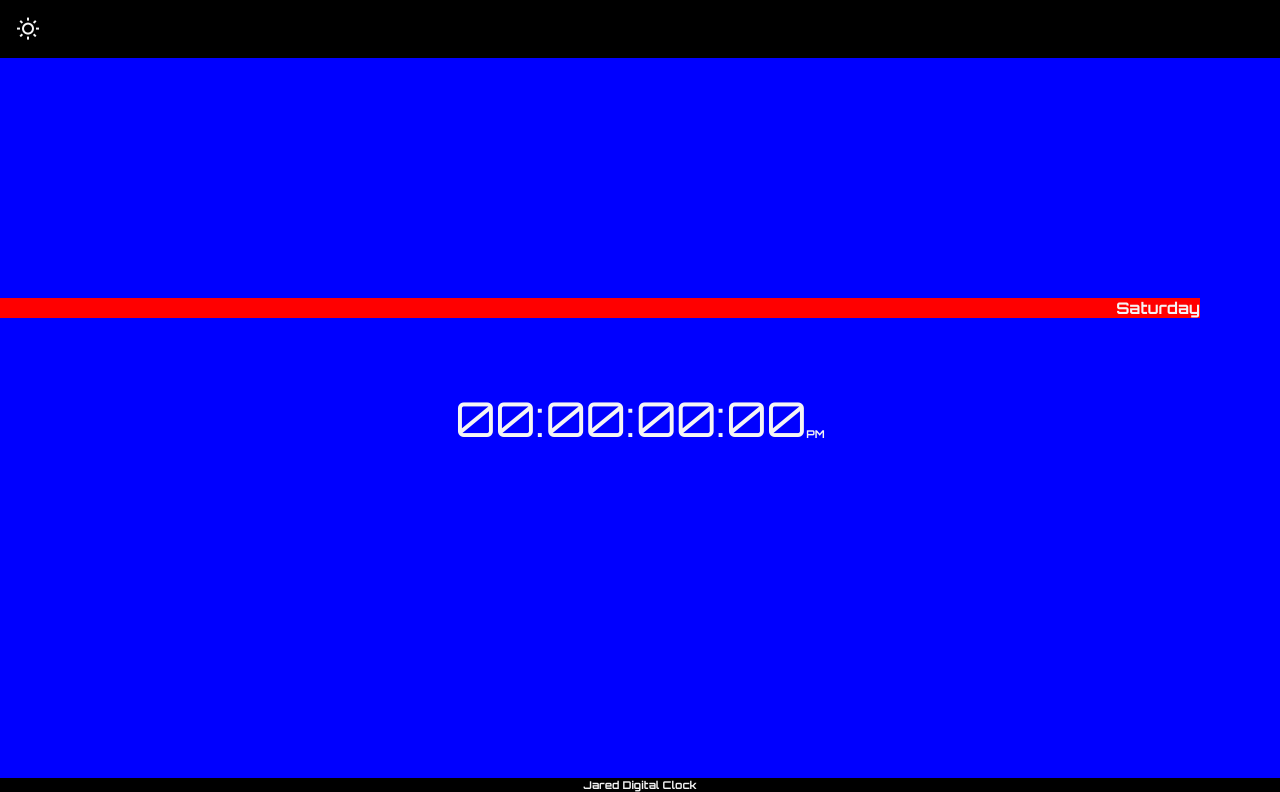
Repository: EguJaredoBoyd/Jared-Digital-Clock
Page: index.html
The author's editor kept a copy of each file at every save. The page is drawn from the files as they stood at one save, then again after the next save.
The browser window is 1280 px wide. The pictures show the whole page.
Some web libraries are served in a nearby version.

Above is the page before, as saved 2026-01-04 22:20:50.

### index.html
<!DOCTYPE html>
<html lang="en">
  <head>
    <meta charset="UTF-8" />
    <meta name="viewport" content="width=device-width, initial-scale=1.0" />
    <link rel="stylesheet" href="./css/styles.css" />
    <link
      href="https://cdn.jsdelivr.net/npm/remixicon@4.8.0/fonts/remixicon.css"
      rel="stylesheet"
    />
    <link rel="preconnect" href="https://fonts.googleapis.com" />
    <link rel="preconnect" href="https://fonts.gstatic.com" crossorigin />
    <link
      href="https://fonts.googleapis.com/css2?family=Orbitron:wght@400..900&display=swap"
      rel="stylesheet"
    />
    <script src="./js/theme.js" defer></script>
    <title>Document</title>
  </head>
  <body>
    <div class="digital-clock">
      <header>
        <button id="theme-toggle"><i class="ri-sun-line"></i></button>
      </header>

      <main>
        <div class="watch-container">
          <div class="watch-container__day">
            <h4>Saturday</h4>
          </div>
          <div class="watch-container__time">
            <p>00:00:00:00</p>
            <h6>PM</h6>
          </div>
        </div>
      </main>

      <footer>
        <h6>Jared Digital Clock</h6>
      </footer>
    </div>
  </body>
</html>

### css/styles.css
* {
  margin: 0;
  padding: 0;
  box-sizing: border-box;
}

:root {
  --primary-color: black;
  --text-color: whitesmoke;

  /* Light-mode color variables */
  --light-mode: whitesmoke;
  --light-text: black;

  /* Button color font */
  --button-color: var(--text-color);
}

html {
  font-size: 16px;
  background-color: var(--primary-color);
}

.light-mode {
  background-color: var(--light-mode);
  color: var(--light-text);
  --button-color: var(--light-text);
}

body {
  color: var(--text-color);
  background-color: var(--primary-color);
  font-family: "Orbitron", sans-serif;
  width: 100%;
}

header {
  padding: 1rem;
}

header button {
  background: none;
  border: none;
}

header button i {
  font-size: 1.5rem;
  color: var(--button-color);
}

.digital-clock {
  height: 100%;
  width: 100%;
  display: flex;
  flex-direction: column;
  align-content: space-between;
  max-width: 100%;
}

.watch-container {
  display: flex;
  flex-direction: column;
  justify-content: center;
  align-items: center;
  height: 100vh;
  width: 100%;
  max-width: 100%;
  position: relative;
  background-color: blue;
}

.watch-container__day {
  width: 100%;
  max-width: 100%;
  display: flex;
  justify-content: end;
  position: absolute;
  right: 5rem;
  top: 15rem;
  background-color: red;
}

.watch-container__time {
  display: flex;
  max-width: 100%;
}

.watch-container__time p {
  font-size: 3rem;
}

.watch-container__time h6 {
  align-self: self-end;
  padding-bottom: 0.5rem;
}

footer h6 {
  text-align: center;
}

### js/theme.js
//Target the button element for the theme
const themeToggle = document.getElementById("theme-toggle");

//Create a function to handle the switching of themes
function switchThemeMode() {
  themeToggle.addEventListener("click", () => {
    document.body.classList.toggle("light-mode");
  });
}

switchThemeMode();

After the next save:
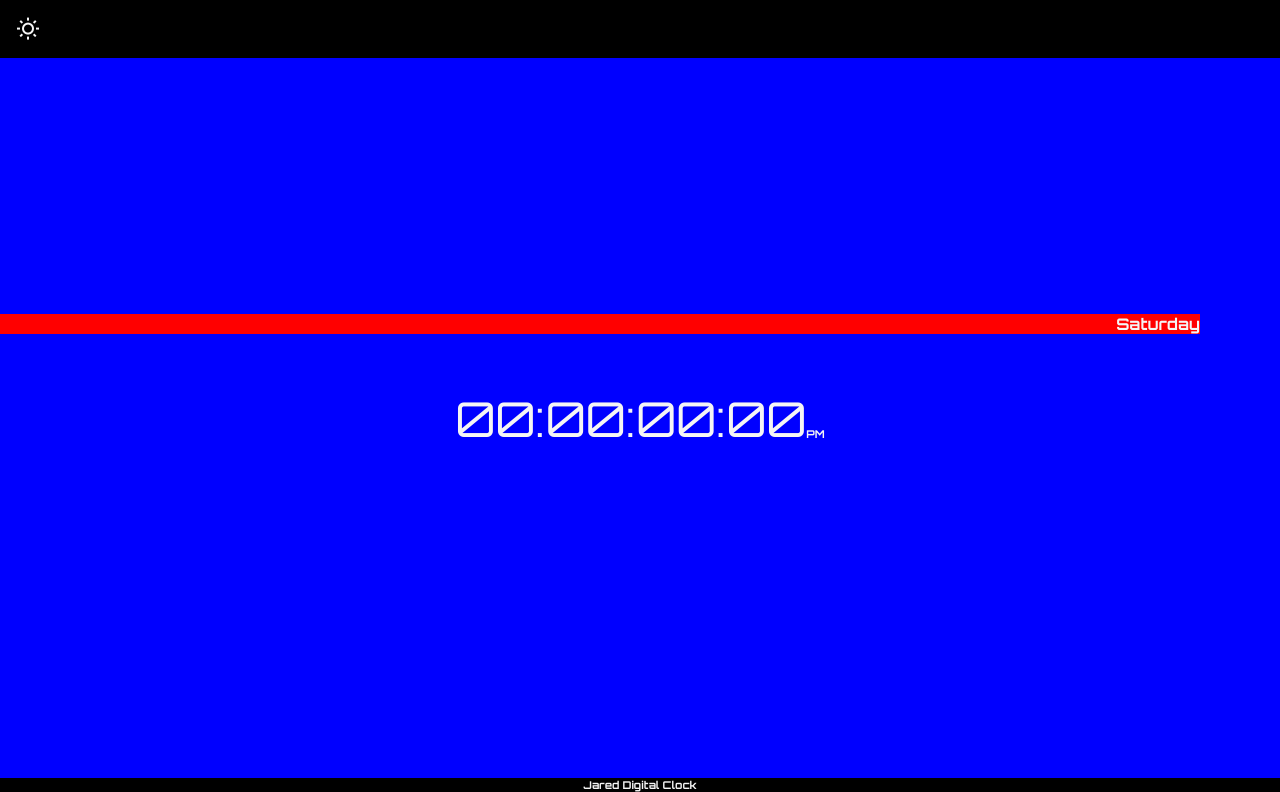
Saved 6 s later.
--- a/css/styles.css
+++ b/css/styles.css
@@ -76,7 +76,7 @@ header button i {
   justify-content: end;
   position: absolute;
   right: 5rem;
-  top: 15rem;
+  top: 16rem;
   background-color: red;
 }
 
